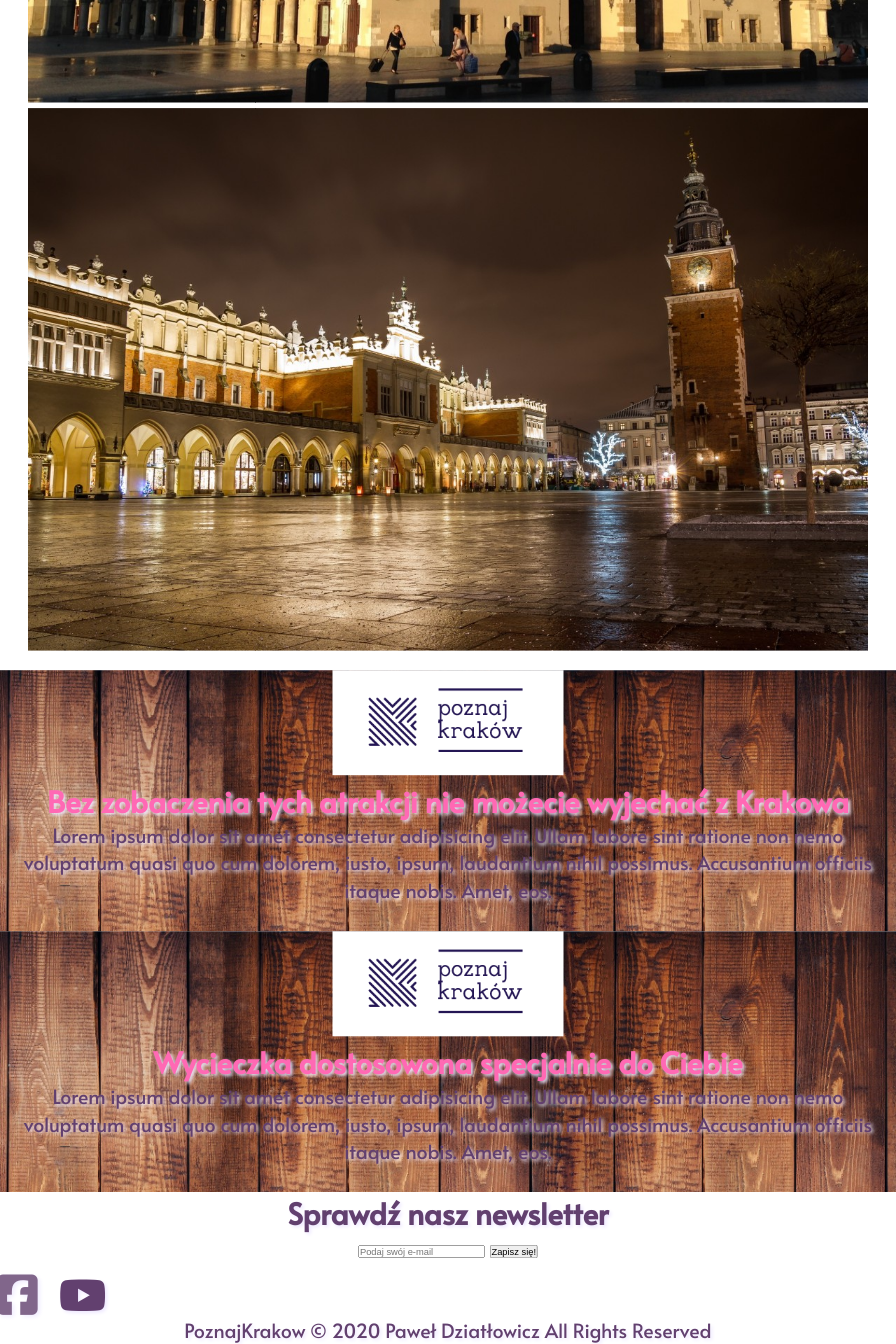
Repository: DZIALEK/projekt1
Page: projekt1.html
The author's editor kept a copy of each file at every save. The page is drawn from the files as they stood at one save, then again after the next save.
The browser window is 1280 px wide. The pictures show the part of the page from y = 2828 to 4748 px (the page is 4748 px tall), at 70% of full size.
The pointer rests on the first visible `.social-media i`.
Some icons come from a web library that is not loaded, so they are not drawn. A picture or video elsewhere on the page could not be fetched, so the positions and the page height are approximate. Some web libraries are served in a nearby version.

Above is the page before, as saved 2020-07-15 00:48:52.

After the next save:
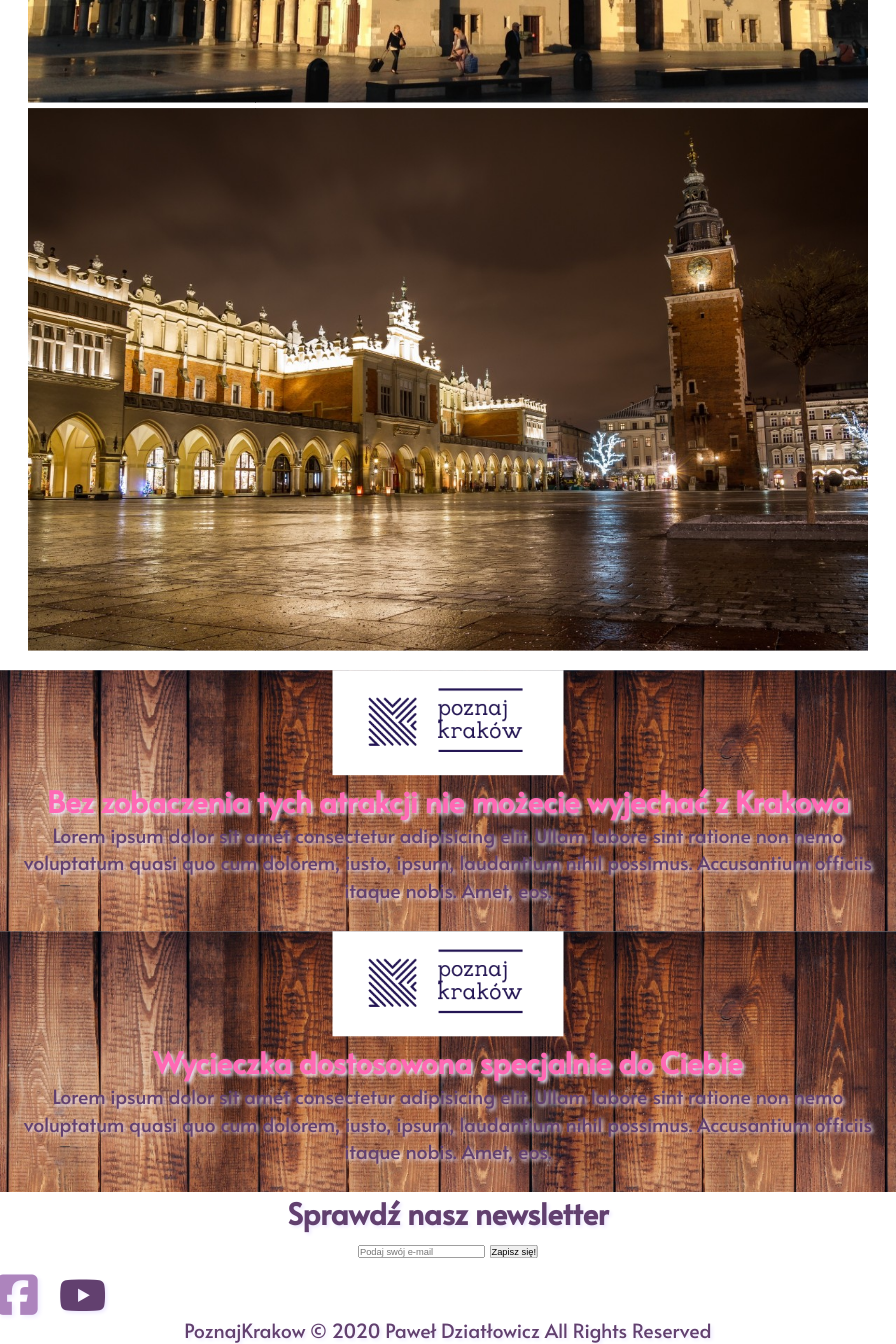
Saved 16 s later.
--- a/projekt1.css
+++ b/projekt1.css
@@ -180,7 +180,7 @@ nav a:hover {
 }
 
 .social-media i:hover {
-    color: #62406F;
+    color: #9966ad;
     opacity: 0.8;
     /* text-shadow: #271B2B 0.1em 0.1em 0.1em; */
     transform: scale(1.1,1.1);
